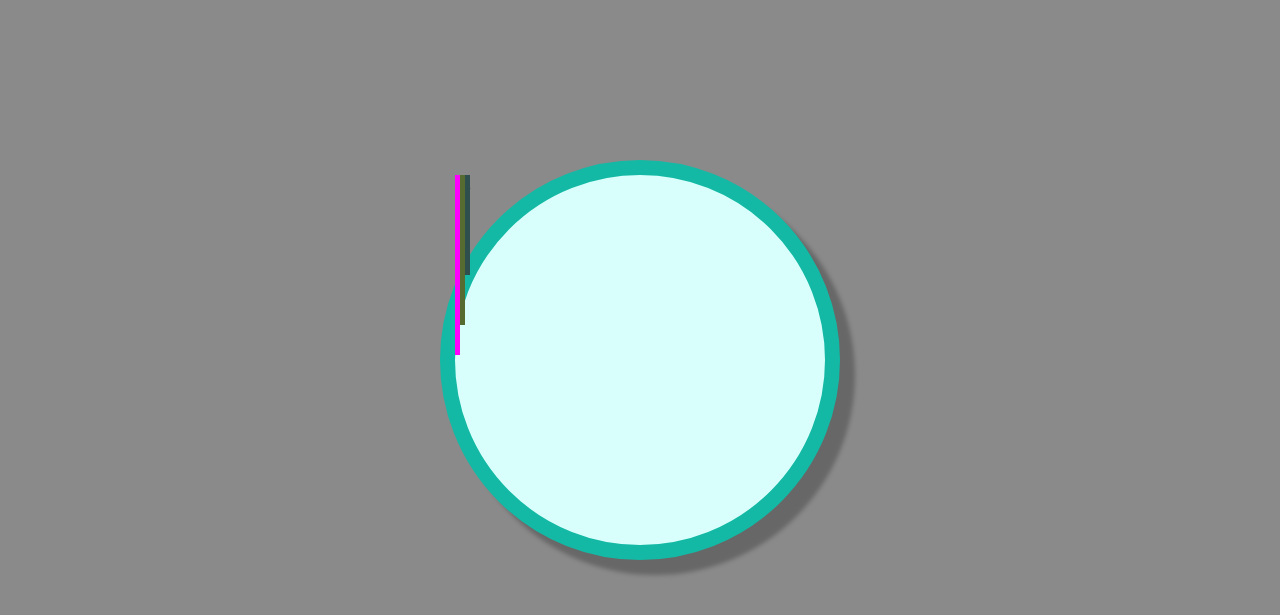
Repository: ChenWarren/web-clock
Page: index.html
An editor plug-in stored every save of this project. The page is shown before and after the next save, followed by the edit.
The browser window is 1280 px wide. The pictures show the whole page.

Above is the page before, as saved 2021-03-18 20:53:28.

### index.html
<!DOCTYPE html>
<html lang="en">
<head>
    <meta charset="UTF-8">
    <meta http-equiv="X-UA-Compatible" content="IE=edge">
    <meta name="viewport" content="width=device-width, initial-scale=1.0">
    <link rel="stylesheet" href="main.css">
    <title>Clock</title>
</head>
<body>
    <main class="clock">
        <div class="hour"></div>
        <div class="minute"></div>
        <div class="second"></div>

        <div class="number">
            <div class="num_1">12</div>
        </div>
        <div class="number">
            <div class="num_3">3</div>
        </div>
        <div class="number">
            <div class="num_1">6</div>
        </div>
        <div class="number">
            <div class="num_1">9</div>
        </div>

        <div class="dot"></div>
        <div class="dot"></div>
        <div class="dot"></div>
        <div class="dot"></div>
        <div class="dot"></div>
        <div class="dot"></div>
        <div class="dot"></div>
        <div class="dot"></div>
    </main>

    <script src="clock.js"></script>

</body>
</html>

### main.css
* {
    margin: 0;
    padding: 0;
    box-sizing: border-box;
}

body {
    background-color: rgb(138, 138, 138);
    display: flex;
    justify-content: center;
    align-items: center;
    width: 100vw;
    height: 100vh;
    overflow: hidden;
}

.clock {
    width: 400px;
    height: 400px;
    border-radius: 50%;
    background: #d8fffb;
    border: 15px solid #14B9A5;
    box-sizing: border-box;
    box-shadow: 15px 15px 4px rgba(0, 0, 0, 0.25);
    position: relative;
}

.hour {
    width: 15px;
    height: 100px;
    background-color:  darkslategray;
    position: absolute;
    left
}

.minute {
    width: 10px;
    height: 150px;
    background-color:darkolivegreen;
    position: absolute;
}

.second {
    width: 5px;
    height: 180px;
    background-color: fuchsia;
    position: absolute;
}

Loaded but not shown: clock.js (no copy from this time; the picture is the same without it)

After the next save:
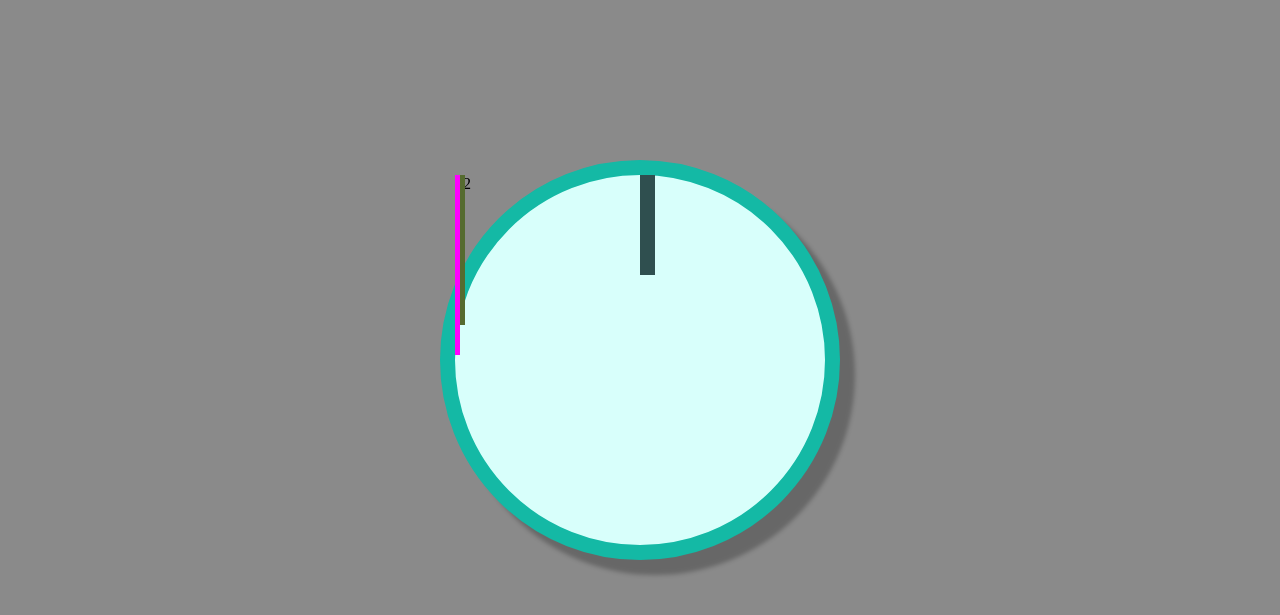
Saved 4 s later.
--- a/main.css
+++ b/main.css
@@ -30,7 +30,7 @@ body {
     height: 100px;
     background-color:  darkslategray;
     position: absolute;
-    left
+    left: 50%;
 }
 
 .minute {
